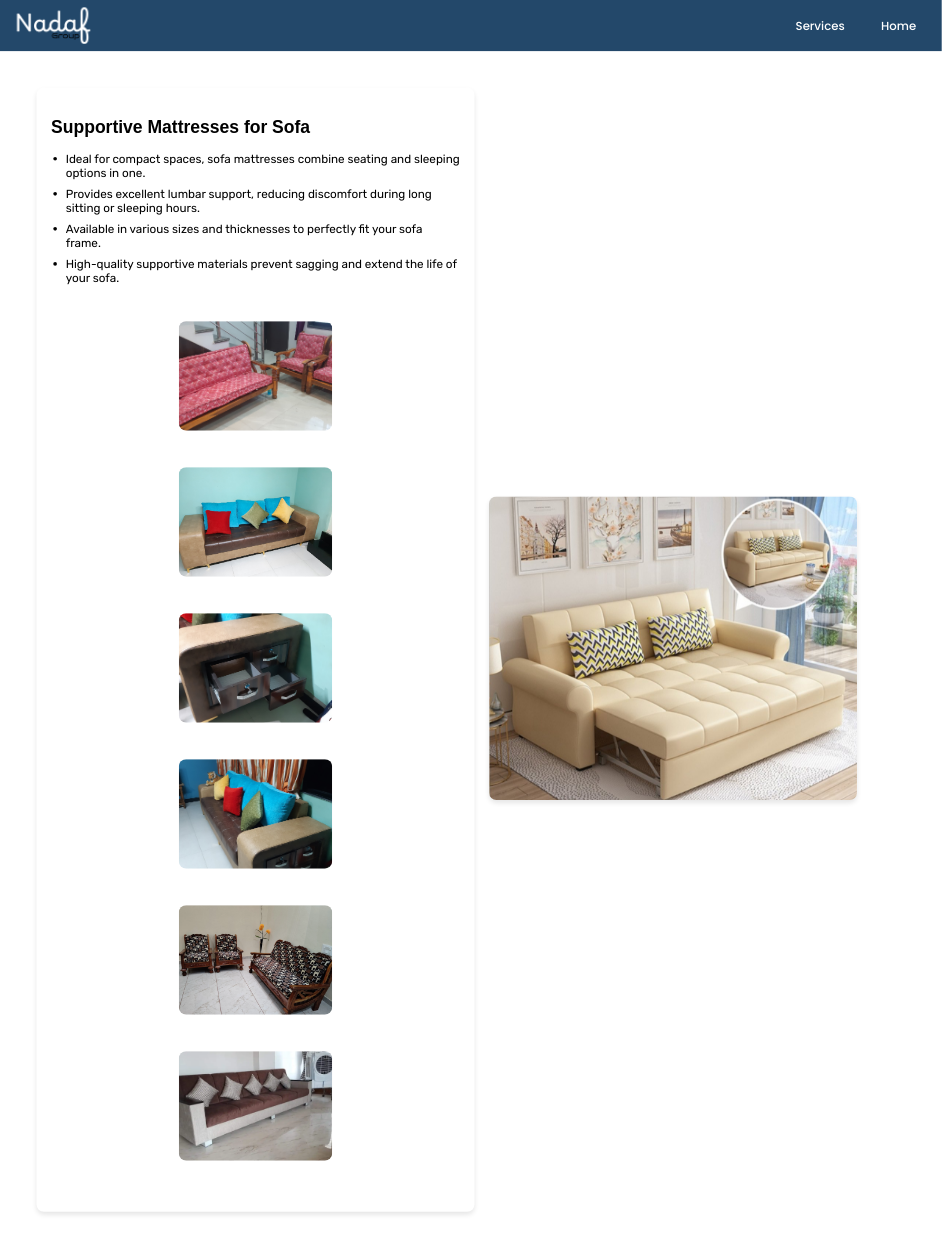
Repository: nadafgroup/rashidgadiUI
Page: src/sofa.html
These files come from the project's save history. The page is drawn as it stood at one moment and after the next save; the edit follows.
The browser window is 1280 px wide. The page is 1290 px wide, so the pictures cover 1290 px, including what lies to the right of the window. The pictures show the whole page, at 73% of full size.

Above is the page before, as saved 2025-01-30 17:47:09.

### src/sofa.html
<!DOCTYPE html>
<html lang="en">
<head>
    <meta charset="UTF-8">
    <meta name="viewport" content="width=device-width, initial-scale=1.0">
    <title>Mattresses</title>
    <link rel="stylesheet" href="./products.css">
</head>
<body>
    <header>

        <div class="logo">
            <img src="../assets/img/logo2.png" class="logo" alt="">
        </div>

        <div class="nav-right">
            <ul>


                <li class="dropdown">
                    <a href="#" class="dropbtn">Services</a>
                    <div class="dropdown-content">
                        <a href="./bed.html">Bed Mattresses</a>
                        <a href="./pillow.html">Pillow Mattresses</a>
                        <a href="./sofa.html">Sofa Mattresses</a>
                        <a href="./repair.html">Mattresses Repair </a>
                        <a href="./rent.html">Mattresses Rent</a>
                        <a href="./furniture.html">Furniture</a>
                    </div>
                </li>
                <li><a href="./home.html">Home</a></li>
            </ul>
        </div>

    </header>

    <div class="container">
        <div class="info">
            <h2>Supportive Mattresses for Sofa</h2>
            <ul>
                <li>Ideal for compact spaces, sofa mattresses combine seating and sleeping options in one.</li>
                <li>Provides excellent lumbar support, reducing discomfort during long sitting or sleeping hours.</li>
                <li>Available in various sizes and thicknesses to perfectly fit your sofa frame.</li>
                <li>High-quality supportive materials prevent sagging and extend the life of your sofa.</li>
            </ul>
            <div class="gallery">
                <img src="../assets/img/real img/1.jpeg" style="width: 210px;" alt="Gallery Image 1">
                <img src="../assets/img/real img/2.jpeg"  style="width: 210px;" alt="Gallery Image 2">
                <img src="../assets/img/real img/3.jpeg"  style="width: 210px;" alt="Gallery Image 3">
                <img src="../assets/img/real img/4.jpeg"  style="width: 210px;" alt="Gallery Image 4">
                <img src="../assets/img/real img/r4.webp"  style="width: 210px;" alt="Gallery Image r5">
                <img src="../assets/img/real img/r6.webp"  style="width: 210px;" alt="Gallery Image r6">
            </div>
        </div>

        <div class="image-container">
            <img src="../assets/img/luxury-sofa-cum-bed.webp" style="width: 90%;" alt="Mattress">
        </div>
    </div>



    <!-- Modal for displaying images in full screen -->
    <div id="imageModal" class="modal">
        <span class="close" id="closeModal">&times;</span>
        <img class="modal-content" id="modalImage" alt="Full-size image">
    </div>

    <script src="./product.js"></script>
</body>
</html>

### src/products.css
@font-face {
    font-family: 'poppins';
    src: url('../assets/fonts/Poppins/Poppins-Medium.ttf') format('truetype');
}

@font-face {
    font-family: 'inter';
    src: url('../assets/fonts/Inter/Inter-VariableFont_opsz\,wght.ttf') format('truetype');
}

@font-face {
    font-family: 'Exo';
    src: url('../assets/fonts/Exo2-VariableFont_wght.ttf') format('truetype');
}

@font-face {
    font-family: 'rubik';
    src: url('../assets/fonts/Rubik/Rubik-VariableFont_wght.ttf') format('truetype');
  }

body {
    margin: 0;
    padding: 0;
    overflow-x: hidden; /* Prevent horizontal scrolling */
    font-family: Arial, sans-serif;
    display: flex;
    flex-direction: column;
    align-items: center;
    /* background: linear-gradient(to bottom, #f9f9f9, #e0e0e0); */
    height: 100vh;
}

header {
    width: 100%;
    padding: 10px;
    display: flex;
    justify-content: space-between;
    align-items: center;
    background-color: #23486A;
    color: white;
    font-size: 1rem;
}

.nav-right ul {
    display: flex;
    list-style: none;
    margin: 0;
    padding: 0;
}

.nav-right ul li {
    margin: 0 15px;

}

.nav-right ul li a {
    text-decoration: none;
    color: white;
    padding: 10px;
    transition: 0.3s;
    font-family: 'poppins';
}

.nav-right ul li a:hover {
    background-color: #5c6bc0;
    border-radius: 5px;
}

.nav-right ul li.dropdown {
    position: relative;
}

.nav-right ul li.dropdown:hover .dropdown-content {
    display: block;
}

.nav-right ul li .dropdown-content {
    display: none;
    position: absolute;
    background-color: #3f51b5;
    min-width: 160px;
    z-index: 1;
    border-radius: 5px;
}

.nav-right ul li .dropdown-content a {
    padding: 10px;
    color: white;
    text-decoration: none;
    display: block;
}

.nav-right ul li .dropdown-content a:hover {
    background-color: #5c6bc0;
}

.logo {
    width: auto;
    height: 50px;
    margin-left: 10px;
    margin-bottom: 0px;
}

.container {
    display: flex;
    flex-direction: row;
    justify-content: center;
    align-items: center;
    padding: 50px;
    gap: 20px;
}

.info {
    flex: 1;
    padding: 20px;
    background: white;
    border-radius: 10px;
    box-shadow: 0 4px 8px rgba(0, 0, 0, 0.1);
    animation: slideInLeft 1s;
}

.info ul {
    list-style: disc;
    padding-left: 20px;
}

.info ul li {
    margin: 10px 0;
    font-family: 'rubik';
}

.image-container {
    flex: 1;
    animation: slideInRight 1s;
}

.image-container img {
    width: 100%;
    border-radius: 10px;
    box-shadow: 0 4px 8px rgba(0, 0, 0, 0.1);
}

.gallery {
    width: 90%;
    margin: 30px auto;
    display: flex;
    flex-wrap: wrap;
    gap: 10px;
    justify-content: center;
    animation: fadeIn 1.5s;
}

.gallery img {
    width: 200px;
    height: 150px;
    object-fit: cover;
    border-radius: 10px;
    margin: 20px;
    transition: transform 0.3s;
}

.gallery img:hover {
    transform: scale(1.1);
}


.rent-gallery {
    width: 100%;
    display: flex;
    justify-content: center;
    flex-wrap: wrap;
    margin:30px auto ;
    animation: fadeIn 1.5s;
}

.rent-gallery .rent-img {
    width: 200px;
    height: 150px;
    object-fit: cover;
    border-radius: 10px;
    margin: 20px;
    margin-left: 0px;
    /* margin-top: 0px; */
    transition: transform 0.3s;
}

/* Modal Styles */
.modal {
    display: none; /* Hidden by default */
    position: fixed;
    z-index: 1; /* Sit on top */
    left: 0;
    top: 0;
    width: 100%; /* Full width */
    height: 100%; /* Full height */
    overflow: auto;
    background-color: rgb(0, 0, 0); /* Black background with opacity */
    background-color: rgba(0, 0, 0, 0.8); /* Transparent black */
    padding-top: 60px;
}

.modal-content {
    margin: auto;
    display: block;
    width: 80%;
    max-width: 700px;
    border-radius: 10px;
}

.close {
    color: #fff;
    font-size: 40px;
    font-weight: bold;
    position: absolute;
    top: 15px;
    right: 35px;
    cursor: pointer;
    transition: 0.3s;
}

.close:hover,
.close:focus {
    color: #f1f1f1;
    text-decoration: none;
    cursor: pointer;
}

@keyframes fadeIn {
    from { opacity: 0; }
    to { opacity: 1; }
}

@keyframes slideInLeft {
    from { transform: translateX(-100%); }
    to { transform: translateX(0); }
}

@keyframes slideInRight {
    from { transform: translateX(100%); }
    to { transform: translateX(0); }
}

/* Media Queries for Responsiveness */
@media (max-width: 768px) {
    .container {
        flex-direction: column; /* Switch to column layout */
        padding: 20px;
    }

    .info, .image-container {
        flex: none; /* Reset flex behavior */
        width: 100%;
    }

    .gallery img {
        width: 100%; /* Make gallery images take full width on small screens */
        height: auto;
    }
}

@media (max-width: 480px) {
    header {
        flex-direction: column;
        align-items: center;
    }

    .nav-right ul {
        flex-direction: column;
        align-items: center;
    }

    .nav-right ul li {
        margin: 10px 0;
    }

    .logo {
        margin: 10px 0;
    }
}

### src/product.js

        // Get the modal element
        var modal = document.getElementById("imageModal");
        var modalImg = document.getElementById("modalImage");
        var closeModal = document.getElementById("closeModal");

        // Get all gallery images
        var galleryImages = document.querySelectorAll(".gallery img");

        // Loop through the images and add click event to open in modal
        galleryImages.forEach(function(image) {
            image.onclick = function() {
                modal.style.display = "block";
                modalImg.src = this.src; // Set the clicked image as the modal image
            };
        });

        // Close the modal when user clicks on the close button
        closeModal.onclick = function() {
            modal.style.display = "none";
        };

        // Close the modal when user clicks anywhere outside the modal
        window.onclick = function(event) {
            if (event.target === modal) {
                modal.style.display = "none";
            }
        };

After the next save:
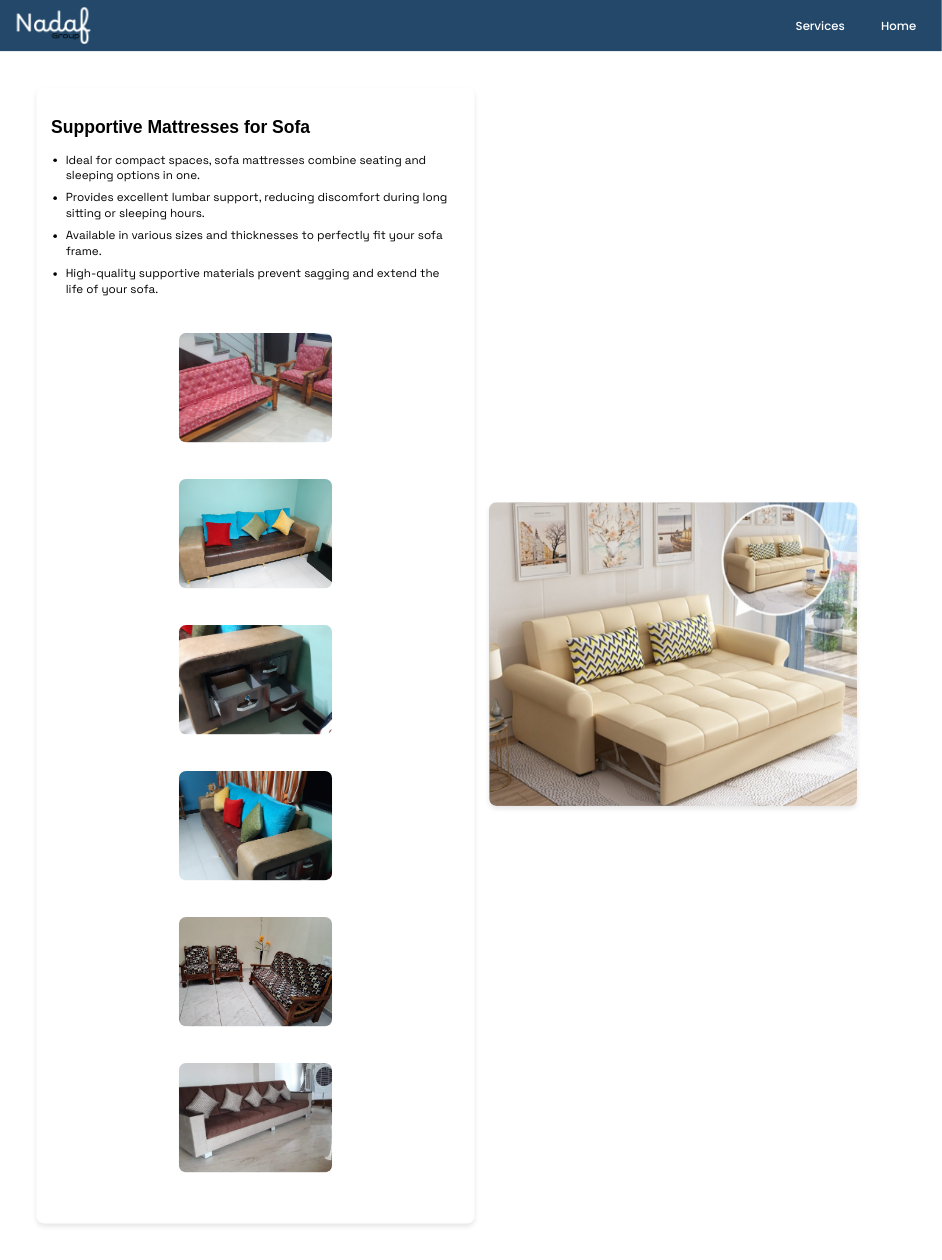
Saved 35 s later.
--- a/src/products.css
+++ b/src/products.css
@@ -16,6 +16,11 @@
 @font-face {
     font-family: 'rubik';
     src: url('../assets/fonts/Rubik/Rubik-VariableFont_wght.ttf') format('truetype');
+  }
+
+  @font-face {
+    font-family: 'rubik';
+    src: url('../assets/fonts/Space_Grotesk/SpaceGrotesk-VariableFont_wght.ttf') format('truetype');
   }
 
 body {

After the save that followed:
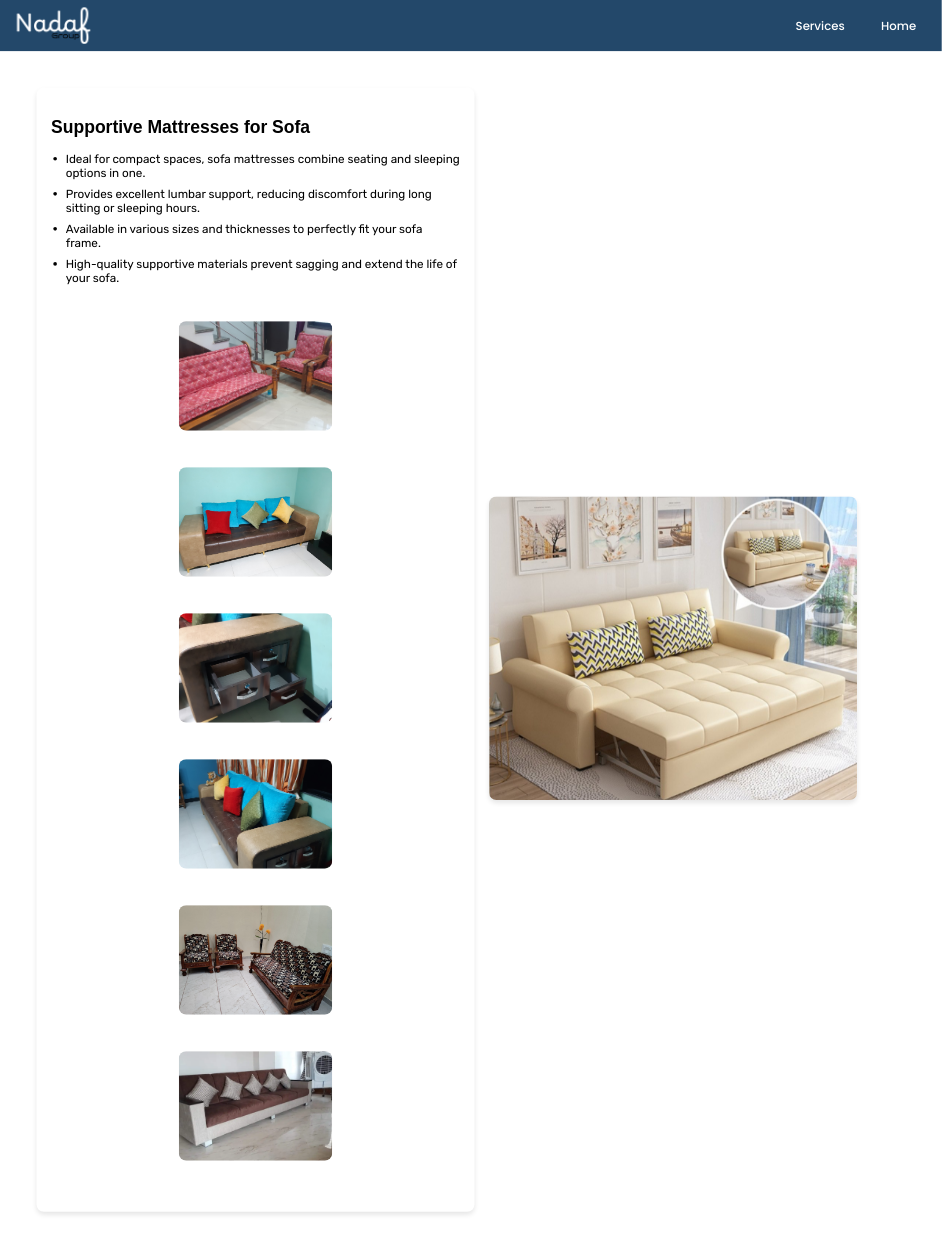
Saved 5 s later.
--- a/src/products.css
+++ b/src/products.css
@@ -19,7 +19,7 @@
   }
 
   @font-face {
-    font-family: 'rubik';
+    font-family: 'space';
     src: url('../assets/fonts/Space_Grotesk/SpaceGrotesk-VariableFont_wght.ttf') format('truetype');
   }
 
